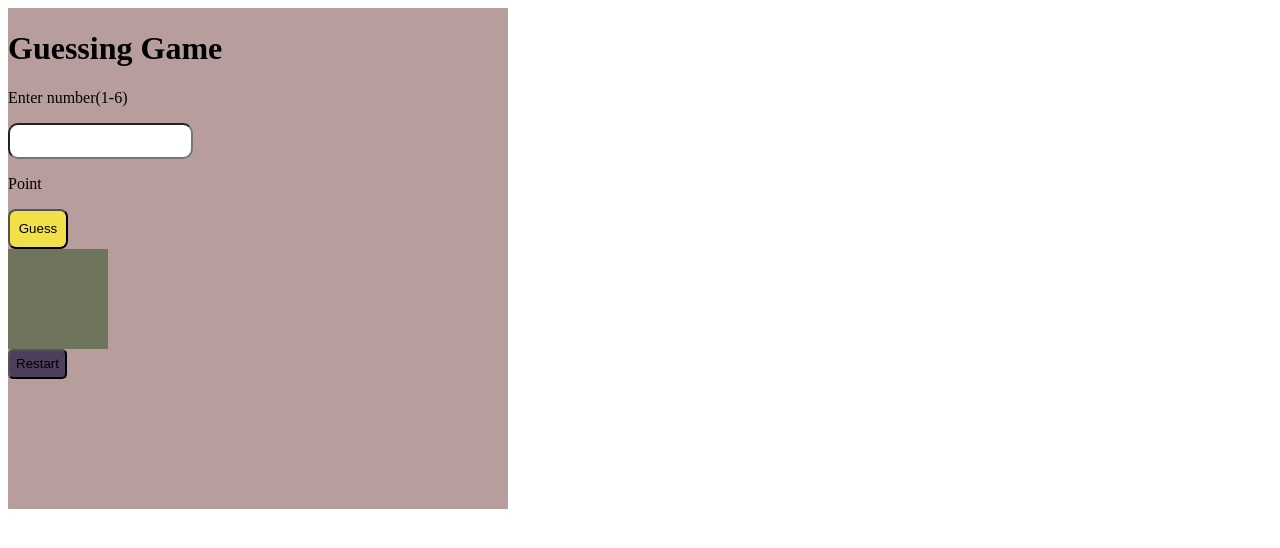
Repository: sedashahnazaryan/Guessing-Game
Page: index.html
The author's editor kept a copy of each file at every save. The page is drawn from the files as they stood at one save, then again after the next save.
The browser window is 1280 px wide. The pictures show the whole page.

Above is the page before, as saved 2022-02-23 21:45:07.

### index.html
<!DOCTYPE html>
<html lang="en">
<head>
    <meta charset="UTF-8">
    <meta http-equiv="X-UA-Compatible" content="IE=edge">
    <meta name="viewport" content="width=device-width, initial-scale=1.0">
    <link rel="stylesheet" href="./index.css">
    <title>Gueess Game</title>
</head>
<body>
    <div class="container">
        <h1 class="Guessing">Guessing Game</h1>
     <p class="enter">Enter number(1-6)</p>
<input id="num" type="text">
     <p class="p">Point</p>
     <button id="btn">Guess</button>
     <div class="table" id="show-text"></div>
     <button  id="restart"> Restart</button>
    </div>
 <script src="./index.js"></script>
</body>
</html>

### index.css
.container{

    background-color: #b89d9d;
    height: 500px;
    width: 500px;
    padding-top:1px;


}
#num{
height: 30px;
border-radius: 10px;
}
#btn{
    height: 40px;
    width: 60px;
    border-radius: 8px;
    background-color: rgb(241, 224, 72);
}
.table{
    height: 100px;
    width: 100px;
    background-color: rgb(111, 116, 92);
}
#restart{
    height: 30px;
   border-radius: 5px;
   background-color: rgb(78, 63, 92);
}

### index.js
let input=document.getElementById("num");
let btn=document.getElementById("btn");
let text=document.getElementById("show-text");
let restart=document.getElementById("restart");
let random = Math.floor(Math.random() * 6 + 1);

function result(){

return new Promise((resolve,reject)=>{
    if(isNaN(+input.value) || (+input.value > 6 )|| (+input.value < 1)){
        reject("it is error");
    }

else if(random === +input.value){
    resolve("2 points");
}
else if((random-1 === +input.value) || (random+1 === +input.value)){
    resolve("1 points.correct number is " + random);

   }else{
   resolve("0 points.correct number is " + random);
}

})

}
btn.addEventListener("click",()=>{
    result().then((answer)=>{
        return text.innerHTML = answer;
      }).catch((err)=>{
          alert ("incorrect input");
      })
})
restart.addEventListener("click",()=>{
input.value="";
text.innerHTML="";
})

After the next save:
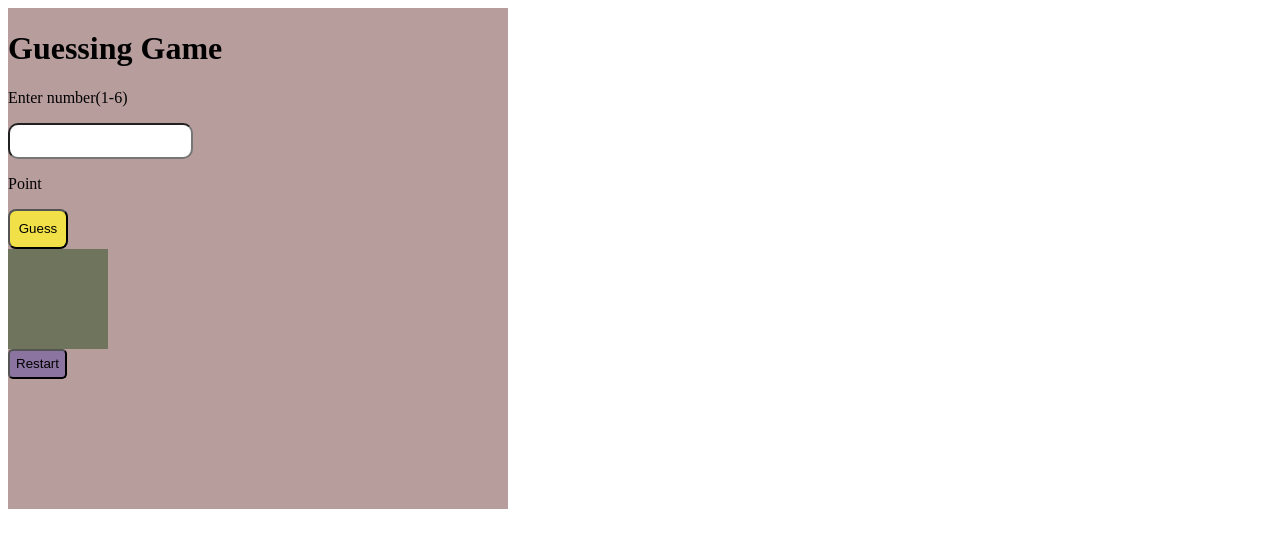
Saved 4 s later.
--- a/index.css
+++ b/index.css
@@ -25,5 +25,5 @@
 #restart{
     height: 30px;
    border-radius: 5px;
-   background-color: rgb(78, 63, 92);
+   background-color: rgb(139, 116, 160);
 }
